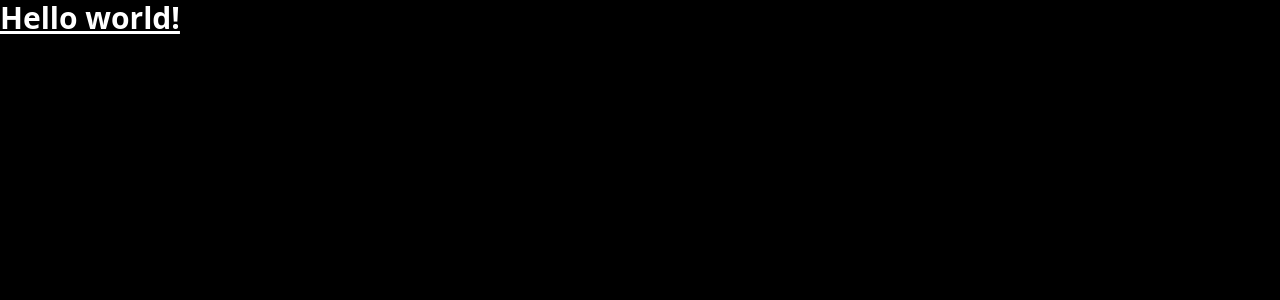
Repository: kocokoy/apple_website
Page: /
An editor plug-in stored every save of this project. The page is shown before and after a run of saves, followed by the edit.
The browser window is 1280 px wide. The pictures show the whole page.
The project was rebuilt for these pictures with package versions that can differ from the ones it lists, and the page was loaded fresh each time. Also part of the build but not shown: vite.config.js.

Above is the page before, as saved 2025-05-19 15:29:33.

### src/index.css
@tailwind base;
@tailwind components;
@tailwind utilities;

* {
  margin: 0;
  padding: 0;
  box-sizing: border-box;
}

body {
  color: white;
  width: 100dvw;
  overflow-x: hidden;
  height: 100%;
  background: #000;
  border-color: #3b3b3b;
  user-select: none;
}

canvas {
  touch-action: none;
}

.scrim-max-width {
  margin-inline-start: auto;
  margin-inline-end: auto;
  position: relative;
  max-width: 1120px;
}

@layer utilities {
  .flex-center {
    @apply flex items-center justify-center
  }

  .nav-height {
    @apply h-[calc(100vh-60px)]
  }

  .btn {
    @apply py-2 rounded-3xl bg-blue my-5 hover:bg-transparent border border-transparent hover:border hover:text-blue hover:border-blue
  }

  .color-container {
    @apply flex items-center justify-center px-4 py-4 rounded-full bg-gray-300 backdrop-blur
  }

  .size-btn-container {
    @apply flex items-center justify-center p-1 rounded-full bg-gray-300 backdrop-blur ml-3 gap-1
  }

  .size-btn {
    @apply w-10 h-10 text-sm flex justify-center items-center bg-white text-black rounded-full transition-all
  }

  .common-padding {
    @apply sm:py-32 py-20 sm:px-10
  }

  .section-heading {
    @apply text-gray lg:text-6xl md:text-5xl text-3xl lg:mb-0 mb-5 font-medium opacity-0 translate-y-20
  }

  .feature-text {
    @apply text-gray max-w-md text-lg md:text-xl font-semibold opacity-0 translate-y-[100px]
  }

  .feature-text-container {
    @apply w-full flex-center flex-col md:flex-row mt-10 md:mt-16 gap-5
  }

  .feature-video {
    @apply w-full h-full object-cover object-center scale-150 opacity-0
  }

  .feature-video-container {
    @apply w-full flex flex-col md:flex-row gap-5 items-center
  }

  .link {
    @apply text-blue hover:underline cursor-pointer flex items-center text-xl opacity-0 translate-y-20
  }

  .control-btn {
    @apply ml-4 p-4 rounded-full bg-gray-300 backdrop-blur flex-center
  }

  .hero-title {
    @apply text-center font-semibold text-3xl text-gray-100 opacity-0 max-md:mb-10
  }

  .hiw-title {
    @apply text-4xl md:text-7xl font-semibold text-center
  }

  .hiw-subtitle {
    @apply text-gray font-semibold text-xl md:text-2xl py-10 text-center
  }

  .hiw-video {
    @apply absolute w-[95%] h-[90%] rounded-[56px] overflow-hidden
  }

  .hiw-text-container {
    @apply flex md:flex-row flex-col justify-between items-start gap-24
  }

  .hiw-text {
    @apply text-gray text-xl font-normal md:font-semibold
  }

  .hiw-bigtext {
    @apply text-white text-3xl md:text-5xl font-normal md:font-semibold my-2
  }

  .video-carousel_container {
    @apply relative sm:w-[70vw] w-[88vw] md:h-[70vh] sm:h-[50vh] h-[35vh]
  }

  .g_fadeIn {
    @apply opacity-0 translate-y-[100px]
  }
}

### src/App.jsx
const App = () => {
  return (
    <h1 className="text-3xl font-bold underline">
      Hello world!
    </h1>
  )
}

export default App

Loaded but not shown: index.html (common file); src/main.jsx (common file); tailwind.config.js (common file)

After the next 2 saves:
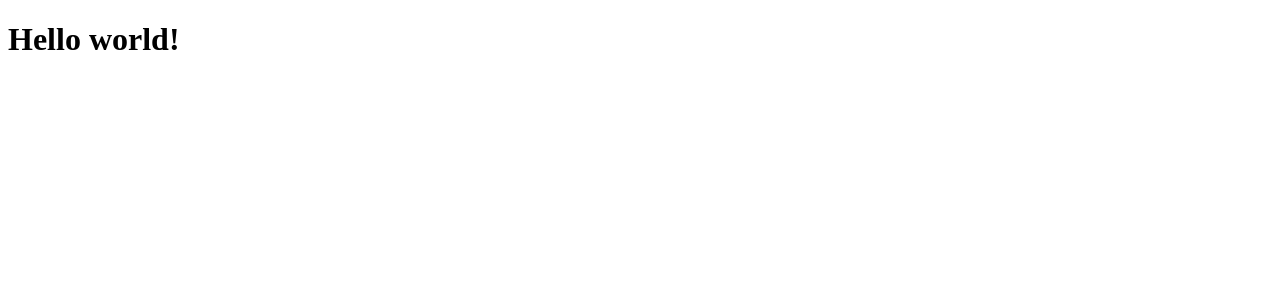
The 2 saves are shown as one change because they came seconds apart.
The last was saved 10 s later.
--- a/src/index.css
+++ b/src/index.css
@@ -1,4 +1,4 @@
-@tailwind base;
+/* @tailwind base;
 @tailwind components;
 @tailwind utilities;
 
@@ -39,7 +39,7 @@ canvas {
   }
 
   .btn {
-    @apply py-2 rounded-3xl bg-blue my-5 hover:bg-transparent border border-transparent hover:border hover:text-blue hover:border-blue
+    @apply px-5 py-2 rounded-3xl bg-blue my-5 hover:bg-transparent border border-transparent hover:border hover:text-blue hover:border-blue
   }
 
   .color-container {
@@ -55,7 +55,7 @@ canvas {
   }
 
   .common-padding {
-    @apply sm:py-32 py-20 sm:px-10
+    @apply sm:py-32 py-20 sm:px-10 px-5
   }
 
   .section-heading {
@@ -121,4 +121,4 @@ canvas {
   .g_fadeIn {
     @apply opacity-0 translate-y-[100px]
   }
-}
+} */
